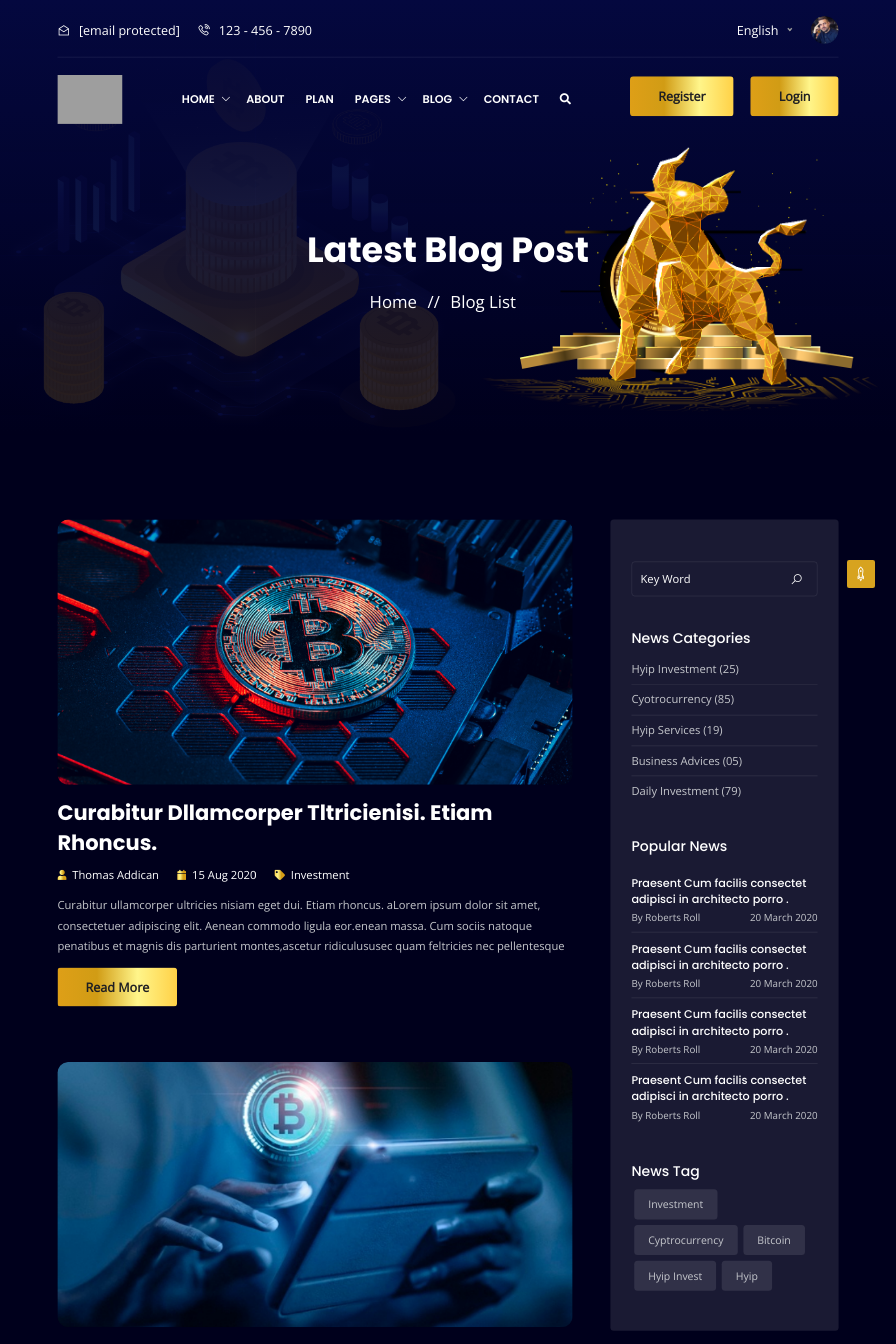
Repository: greatchriz/graceboy-gemcrest
Page: New folder/blog-list.html
These files come from the project's save history. The page is drawn as it stood at one moment and after the next save; the edit follows.
The browser window is 1280 px wide. The pictures show the part of the page from y = 0 to 1920 px (the page is 3784 px tall), at 70% of full size.
Pictures or frames that could not be fetched are drawn as grey boxes.

Above is the page before, as saved 2024-01-12 07:19:37.

### New folder/blog-list.html
<!DOCTYPE html>
<html lang="en">

<!-- Mirrored from template.viserlab.com/digihyip/demo/blog-list.html by HTTrack Website Copier/3.x [XR&CO'2014], Sat, 06 Jan 2024 17:34:24 GMT -->
<head>
    <meta charset="UTF-8">
    <meta http-equiv="X-UA-Compatible" content="IE=edge">
    <meta name="viewport" content="width=device-width, initial-scale=1.0">

    <!-- BootStrap Link -->
    <link rel="stylesheet" href="assets/css/bootstrap.min.css">
    <link rel="stylesheet" href="assets/css/animate.css">

    <!-- Icon Link -->
    <link rel="stylesheet" href="assets/css/all.min.css">
    <link rel="stylesheet" href="assets/css/line-awesome.min.css">

    <!-- Plugings Link -->
    <link rel="stylesheet" href="assets/css/slick.css">
    <link rel="stylesheet" href="assets/css/nice-select.css">
    <link rel="stylesheet" href="assets/css/odometer.css">

    <!-- Custom Link -->
    <link rel="stylesheet" href="assets/css/main.css">
    <link rel="shortcut icon" href="assets/images/favicon.png" type="image/x-icon">

    <title>Digihyip - Hyip Investment Business HTML template</title>

</head>
<body>

    <div class="preloader">
        <div class="preinnner">
            <div class="ring"></div>
            <div class="ring"></div>
            <div class="ring"></div>
        </div>
    </div>
    <div class="overlay"></div>

    <!-- Header Section Starts Here -->
    <div class="header">
        <div class="header-top">
            <div class="container">
                <div class="header__top__wrapper d-flex flex-wrap align-items-center justify-content-center justify-content-md-between text-center">
                    <ul class="contacts d-flex flex-wrap justify-content-center">
                        <li><a href="https://template.viserlab.com/cdn-cgi/l/email-protection#3256575f5d72555f535b5e1c515d5f"><i class="las la-envelope-open"></i> <span class="__cf_email__" data-cfemail="a8cccdc5c7e8cfc5c9c1c486cbc7c5">[email&#160;protected]</span></a></li>
                        <li><a href="tel:129075"><i class="las la-phone-volume"></i> 123  -  456  -  7890</a></li>
                    </ul>
                    <div class="right__area d-flex flex-wrap align-items-center mt-3 mt-md-0">
                        <select name="language" class="nice-select custom--scrollbar">
                            <option>English</option>
                            <option>Bangla</option>
                        </select>
                        <a href="dashboard.html" class="user__thumb ms-3 me-3 me-lg-0">
                            <img src="assets/images/dashboard/user.png" alt="dashboard">
                        </a>
                    </div>
                </div>
            </div>
        </div>
        <div class="header-bottom">
            <div class="container">
                <div class="header-bottom-area">
                    <div class="logo"><a href="index.html"><img src="assets/images/logo.png" alt="logo"></a></div>
                    <ul class="menu">
                        <li>
                            <a href="#0">Home</a>
                            <ul class="sub-menu">
                                <li><a href="index.html">Home One</a></li>
                                <li><a href="index2.html">Home Two</a></li>
                            </ul>
                        </li>
                        <li>
                            <a href="about.html">About</a>
                        </li>
                        <li>
                            <a href="plan.html">Plan</a>
                        </li>
                        <li>
                            <a href="#0">Pages</a>
                            <ul class="sub-menu">
                                <li>
                                    <a href="dashboard.html">User Dashboard</a>
                                </li>
                                <li>
                                    <a href="investor.html">Investor</a>
                                </li>
                                <li>
                                    <a href="faq.html">FAQs</a>
                                </li>
                                <li>
                                    <a href="policy.html">Privacy Policy</a>
                                </li>
                                <li>
                                    <a href="error-page.html">404</a>
                                </li>
                            </ul>
                        </li>
                        <li>
                            <a href="#0">Blog</a>
                            <ul class="sub-menu">
                                <li><a href="blog-grid.html">Blog Grid</a></li>
                                <li><a href="blog-list.html">Blog List</a></li>
                                <li><a href="blog-details.html">Blog Details</a></li>
                            </ul>
                        </li>
                        <li>
                            <a href="contact.html">Contact</a>
                        </li>

                        <li class="d-none d-lg-block">
                            <a href="#0" class="search--btn"><i class="fas fa-search"></i></a>
                        </li>

                        <li class="p-0 d-lg-none mt-3 mt-lg-0">
                            <div class="button__wrapper">
                                <a href="sign-up.html" class="cmn--btn">Register</a>
                                <a href="sign-in.html" class="cmn--btn">Login</a>
                            </div>
                        </li>
                    </ul>   <!-- Menu End -->

                    <div class="button__wrapper d-none d-lg-block">
                        <a href="sign-up.html" class="cmn--btn">Register</a>
                        <a href="sign-in.html" class="cmn--btn">Login</a>
                    </div>


                    <div class="header-trigger-wrapper d-flex d-lg-none align-items-center">
                        <div class="mobile-nav-right d-flex align-items-center"></div>
                        <a href="#0" class="search--btn me-4 text--base"><i class="fas fa-search"></i></a>
                        <div class="header-trigger d-block d--none">
                            <span></span>
                        </div>
                    </div>  <!-- Trigger End-->
                </div>
            </div>
        </div>
    </div>
    <!-- Header Section Ends Here -->


    <!-- Search Form Starts Here -->
    <div class="search__form__wrapper">
        <div class="form__inner">
            <form class="search__form">
                <div class="form-group">
                    <input type="text" class="form-control form--control" placeholder="Search Here...">
                    <button type="submit" class="cmn--btn btn">Search</button>
                </div>
            </form>
            <button class="btn-close btn-close-white"></button>
        </div>
    </div>
    <!-- Search Form Ends Here -->


    <!-- Banner Section Starts Here -->
    <div class="inner-banner section-bg overflow-hidden">
        <div class="container">
            <div class="inner__banner__content text-center">
                <h2 class="title">Latest Blog Post</h2>
                <ul class="breadcums d-flex flex-wrap justify-content-center">
                    <li><a href="index.html">Home</a>//</li>
                    <li>Blog List</li>
                </ul>
            </div>
        </div>
        <div class="shapes">
            <img src="assets/images/banner/inner-bg.png" alt="banner" class="shape shape1">
            <img src="assets/images/banner/inner-thumb.png" alt="banner" class="shape shape2 d-none d-lg-block">
        </div>
    </div>
    <!-- Banner Section Ends Here -->


    <!-- Blog Section STartrs Here -->
    <section class="blog-section padding-top padding-bottom">
        <div class="container">
            <div class="row gy-5">
                <div class="col-lg-8">
                    <div class="post__item style--two style--three">
                        <div class="post__item-thumb">
                            <img src="assets/images/blog/bg.png" alt="blog">
                        </div>
                        <div class="post__item-content">
                            <h3 class="title"><a href="blog-details.html">Curabitur Dllamcorper Tltricienisi. Etiam Rhoncus.</a></h3>
                            <ul class="post-meta d-flex flex-wrap m-0">
                                <li>
                                    <i class="fas fa-user"></i>
                                    Thomas Addican
                                </li>
                                <li>
                                    <i class="fas fa-calendar"></i>
                                    15 Aug 2020
                                </li>
                                <li>
                                    <i class="fas fa-tag"></i>
                                    Investment
                                </li>
                            </ul>
                            <p >Curabitur ullamcorper ultricies nisiam eget dui. Etiam rhoncus. aLorem ipsum dolor sit amet, consectetuer adipiscing elit. Aenean commodo ligula eor.enean massa. Cum sociis natoque penatibus et magnis dis parturient montes,ascetur ridiculususec quam feltricies nec pellentesque </p>
                            <a href="blog-details.html" class="cmn--btn mt-3">Read More</a>
                        </div>
                    </div>
                    <div class="post__item style--two style--three">
                        <div class="post__item-thumb">
                            <img src="assets/images/blog/bg2.png" alt="blog">
                        </div>
                        <div class="post__item-content">
                            <h3 class="title"><a href="blog-details.html">Curabitur Dllamcorper Tltricienisi. Etiam Rhoncus.</a></h3>
                            <ul class="post-meta d-flex flex-wrap m-0">
                                <li>
                                    <i class="fas fa-user"></i>
                                    Thomas Addican
                                </li>
                                <li>
                                    <i class="fas fa-calendar"></i>
                                    15 Aug 2020
                                </li>
                                <li>
                                    <i class="fas fa-tag"></i>
                                    Investment
                                </li>
                            </ul>
                            <p >Curabitur ullamcorper ultricies nisiam eget dui. Etiam rhoncus. aLorem ipsum dolor sit amet, consectetuer adipiscing elit. Aenean commodo ligula eor.enean massa. Cum sociis natoque penatibus et magnis dis parturient montes,ascetur ridiculususec quam feltricies nec pellentesque </p>
                            <a href="blog-details.html" class="cmn--btn mt-3">Read More</a>
                        </div>
                    </div>
                    <div class="post__item style--two style--three">
                        <div class="post__item-thumb">
                            <img src="assets/images/blog/bg3.png" alt="blog">
                        </div>
                        <div class="post__item-content">
                            <h3 class="title"><a href="blog-details.html">Curabitur Dllamcorper Tltricienisi. Etiam Rhoncus.</a></h3>
                            <ul class="post-meta d-flex flex-wrap m-0">
                                <li>
                                    <i class="fas fa-user"></i>
                                    Thomas Addican
                                </li>
                                <li>
                                    <i class="fas fa-calendar"></i>
                                    15 Aug 2020
                                </li>
                                <li>
                                    <i class="fas fa-tag"></i>
                                    Investment
                                </li>
                            </ul>
                            <p >Curabitur ullamcorper ultricies nisiam eget dui. Etiam rhoncus. aLorem ipsum dolor sit amet, consectetuer adipiscing elit. Aenean commodo ligula eor.enean massa. Cum sociis natoque penatibus et magnis dis parturient montes,ascetur ridiculususec quam feltricies nec pellentesque </p>
                            <a href="blog-details.html" class="cmn--btn mt-3">Read More</a>
                        </div>
                    </div>
                    <ul class="pagination">
                        <li class="page-item"><a href="#" class="page-link"><i class="las la-angle-left"></i></a></li>
                        <li class="page-item active"><a href="#" class="page-link">01</a></li>
                        <li class="page-item"><a href="#" class="page-link">02</a></li>
                        <li class="page-item"><a href="#" class="page-link">03</a></li>
                        <li class="page-item"><a href="#" class="page-link">04</a></li>
                        <li class="page-item"><a href="#" class="page-link"><i class="las la-angle-right"></i></a></li>
                    </ul>
                </div>
                <div class="col-lg-4">
                    <div class="sidebar blog__sidebar">
                        <div class="sidebar__item">
                            <form class="search__form">
                                <div class="form-group">
                                    <input type="text" class="form--control form-control" placeholder="Key Word">
                                    <button class="btn text-white shadow-none outline-0" type="submit"><i class="las la-search"></i></button>
                                </div>
                            </form>
                        </div>
                        <div class="sidebar__item">
                            <h4 class="sidebar__item-title">News Categories</h4>
                            <ul class="cate-list">
                                <li><a href="#">Hyip Investment (25)</a></li>
                                <li><a href="#">Cyotrocurrency (85)</a></li>
                                <li><a href="#">Hyip Services (19)</a></li>
                                <li><a href="#">Business Advices (05)</a></li>
                                <li><a href="#">Daily Investment (79)</a></li>
                            </ul>
                        </div>
                        <div class="sidebar__item">
                            <h4 class="sidebar__item-title">Popular News</h4>
                            <div class="popular__post">
                                <h6 class="title"><a href="blog-details.html">Praesent Cum facilis consectet adipisci in architecto porro .</a></h6>
                                <ul class="post-meta d-flex flex-wrap justify-content-between">
                                    <li>By Roberts Roll</li>
                                    <li>20 March 2020</li>
                                </ul>
                            </div>
                            <div class="popular__post">
                                <h6 class="title"><a href="blog-details.html">Praesent Cum facilis consectet adipisci in architecto porro .</a></h6>
                                <ul class="post-meta d-flex flex-wrap justify-content-between">
                                    <li>By Roberts Roll</li>
                                    <li>20 March 2020</li>
                                </ul>
                            </div>
                            <div class="popular__post">
                                <h6 class="title"><a href="blog-details.html">Praesent Cum facilis consectet adipisci in architecto porro .</a></h6>
                                <ul class="post-meta d-flex flex-wrap justify-content-between">
                                    <li>By Roberts Roll</li>
                                    <li>20 March 2020</li>
                                </ul>
                            </div>
                            <div class="popular__post">
                                <h6 class="title"><a href="blog-details.html">Praesent Cum facilis consectet adipisci in architecto porro .</a></h6>
                                <ul class="post-meta d-flex flex-wrap justify-content-between">
                                    <li>By Roberts Roll</li>
                                    <li>20 March 2020</li>
                                </ul>
                            </div>
                        </div>
                        <div class="sidebar__item">
                            <h4 class="sidebar__item-title">News Tag</h4>
                            <ul class="tags">
                                <li><a href="#">Investment</a></li>
                                <li><a href="#">Cyptrocurrency</a></li>
                                <li><a href="#">Bitcoin</a></li>
                                <li><a href="#">Hyip Invest</a></li>
                                <li><a href="#">Hyip</a></li>
                            </ul>
                        </div>
                    </div>
                </div>
            </div>
        </div>
    </section>
    <!-- Blog Section Ends Here -->


    <!-- Footer Section Starts Here -->
    <footer class="footer-section section-bg">
        <div class="footer-top padding-top pb-5 border-bottom border--white">
            <div class="container">
                <div class="row gy-5 justify-content-md-between">
                    <div class="col-xl-3 col-lg-3 col-sm-6">
                        <div class="footer__widget">
                            <h3 class="widget-title">About Company</h3>
                            <p>Aliquam orci a nullam tempor sapien  graonec enim ipsum porta justo velna an auctor undo congue magna laoreet augue sapien</p>
                            <ul class="social-links">
                                <li><a class="facebook-bg" href="#0"><i class="lab la-facebook-f"></i></a></li>
                                <li><a class="twitter-bg" href="#0"><i class="lab la-twitter"></i></a></li>
                                <li><a class="instagram-bg" href="#0"><i class="lab la-instagram"></i></a></li>
                                <li><a class="pinterest-bg" href="#0"><i class="lab la-pinterest"></i></a></li>
                            </ul>
                        </div>
                    </div>
                    <div class="col-xl-2 col-lg-3 col-sm-6">
                        <div class="footer__widget">
                            <h3 class="widget-title">Useful Links</h3>
                            <ul class="footer-links">
                                <li><a href="plan.html">Hyip Plan</a></li>
                                <li><a href="privacy-policy.html">Privacy & Policy</a></li>
                                <li><a href="dashboard.html">Dashboard</a></li>
                                <li><a href="sign-in.html">Login Account</a></li>
                                <li><a href="terms-conditions.html">Terms & Conditions</a></li>
                            </ul>
                        </div>
                    </div>
                    <div class="col-xl-2 col-lg-3 col-sm-6">
                        <div class="footer__widget">
                            <h3 class="widget-title">Company</h3>
                            <ul class="footer-links">
                                <li><a href="about.html">About</a></li>
                                <li><a href="blog.html">Blog Post</a></li>
                                <li><a href="dashboard.html">User Dashboard</a></li>
                                <li><a href="faq.html">Faq</a></li>
                                <li><a href="contact.html">Contact Us</a></li>
                            </ul>
                        </div>
                    </div>
                    <div class="col-xl-2 col-lg-3 col-sm-6">
                        <div class="footer__widget">
                            <h3 class="widget-title">Gateway</h3>
                            <ul class="footer-links">
                                <li><a href="dashboard.html">Paypal</a></li>
                                <li><a href="dashboard.html">Bitcoinway</a></li>
                                <li><a href="dashboard.html">Webanking</a></li>
                                <li><a href="dashboard.html">Trusted Way</a></li>
                                <li><a href="dashboard.html">Gambing</a></li>
                            </ul>
                        </div>
                    </div>
                </div>
            </div>
        </div>
        <div class="footer-bottom">
            <div class="container">
                <p class="copyright text-center py-3">
                    Copyright &copy; 2021 All Rights Reserved.
                </p>
            </div>
        </div>
    </footer>
    <!-- Footer Section Ends Here -->


    <a href="#0" class="scrollToTop"><i class="las la-rocket"></i></a>
    <script data-cfasync="false" src="../../cdn-cgi/scripts/5c5dd728/cloudflare-static/email-decode.min.js"></script><script src="assets/js/jquery-3.6.0.min.js"></script>
    <script src="assets/js/bootstrap.min.js"></script>
    <script src="assets/js/slick.min.js"></script>
    <script src="assets/js/nice-select.js"></script>
    <script src="assets/js/odometer.min.js"></script>
    <script src="assets/js/viewport.jquery.js"></script>
    <script src="assets/js/main.js"></script>
</body>

<!-- Mirrored from template.viserlab.com/digihyip/demo/blog-list.html by HTTrack Website Copier/3.x [XR&CO'2014], Sat, 06 Jan 2024 17:34:26 GMT -->
</html>

Loaded but not shown: assets/css/bootstrap.min.css (library); assets/css/animate.css (library); assets/css/all.min.css (library); assets/css/line-awesome.min.css (library); assets/css/slick.css (library); assets/js/jquery-3.6.0.min.js (library); assets/js/bootstrap.min.js (library); assets/js/slick.min.js (library); assets/js/odometer.min.js (library); assets/js/main.js (339 lines, source omitted); assets/js/nice-select.js (65 lines, source omitted); assets/js/viewport.jquery.js (71 lines, source omitted); assets/css/main.css (4652 lines, source omitted); assets/css/nice-select.css (186 lines, source omitted); assets/css/odometer.css (80 lines, source omitted)

After the next save:
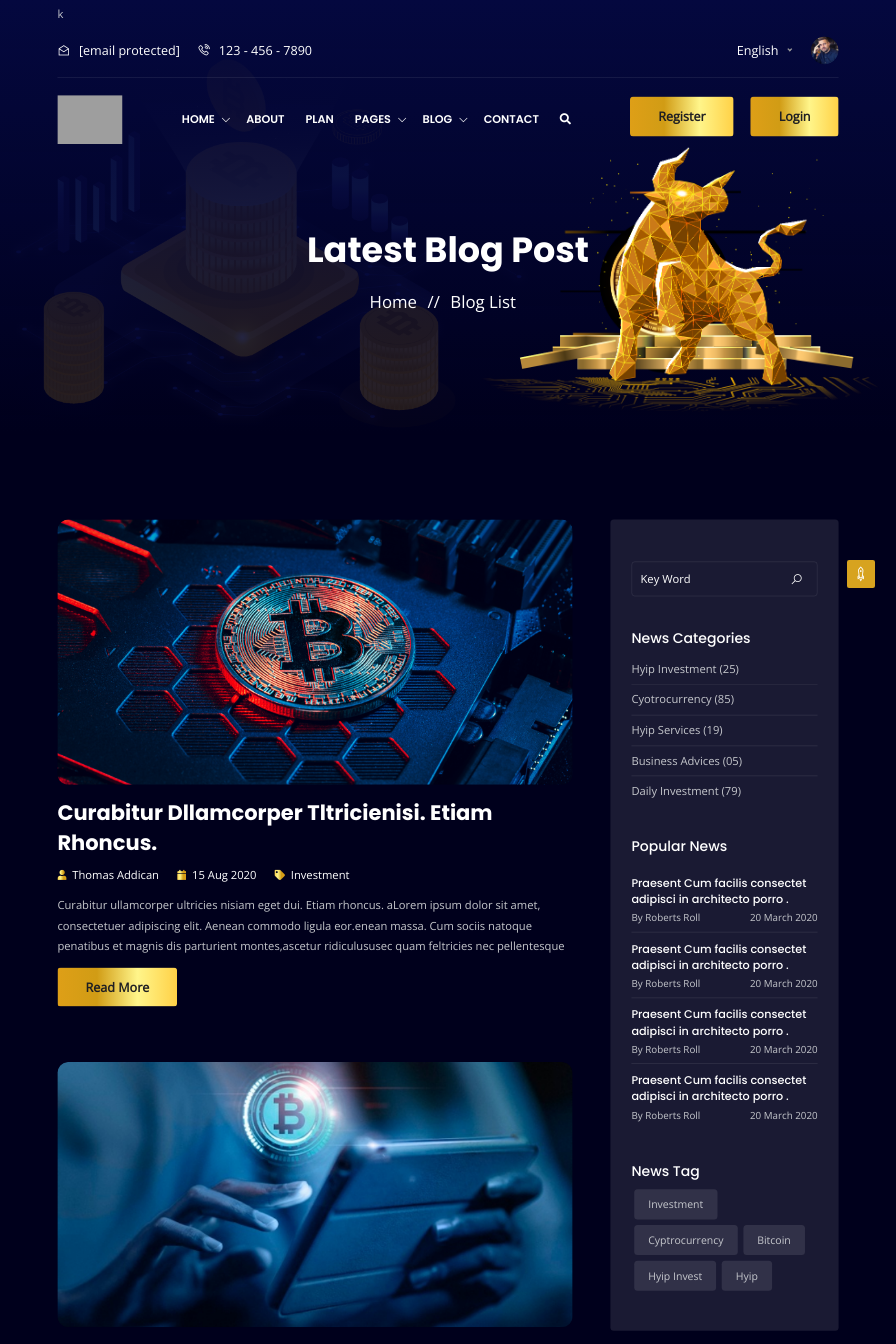
Saved 7 days later.
--- a/New folder/blog-list.html
+++ b/New folder/blog-list.html
@@ -41,7 +41,7 @@
     <!-- Header Section Starts Here -->
     <div class="header">
         <div class="header-top">
-            <div class="container">
+            <div class="container">k
                 <div class="header__top__wrapper d-flex flex-wrap align-items-center justify-content-center justify-content-md-between text-center">
                     <ul class="contacts d-flex flex-wrap justify-content-center">
                         <li><a href="https://template.viserlab.com/cdn-cgi/l/email-protection#3256575f5d72555f535b5e1c515d5f"><i class="las la-envelope-open"></i> <span class="__cf_email__" data-cfemail="a8cccdc5c7e8cfc5c9c1c486cbc7c5">[email&#160;protected]</span></a></li>
